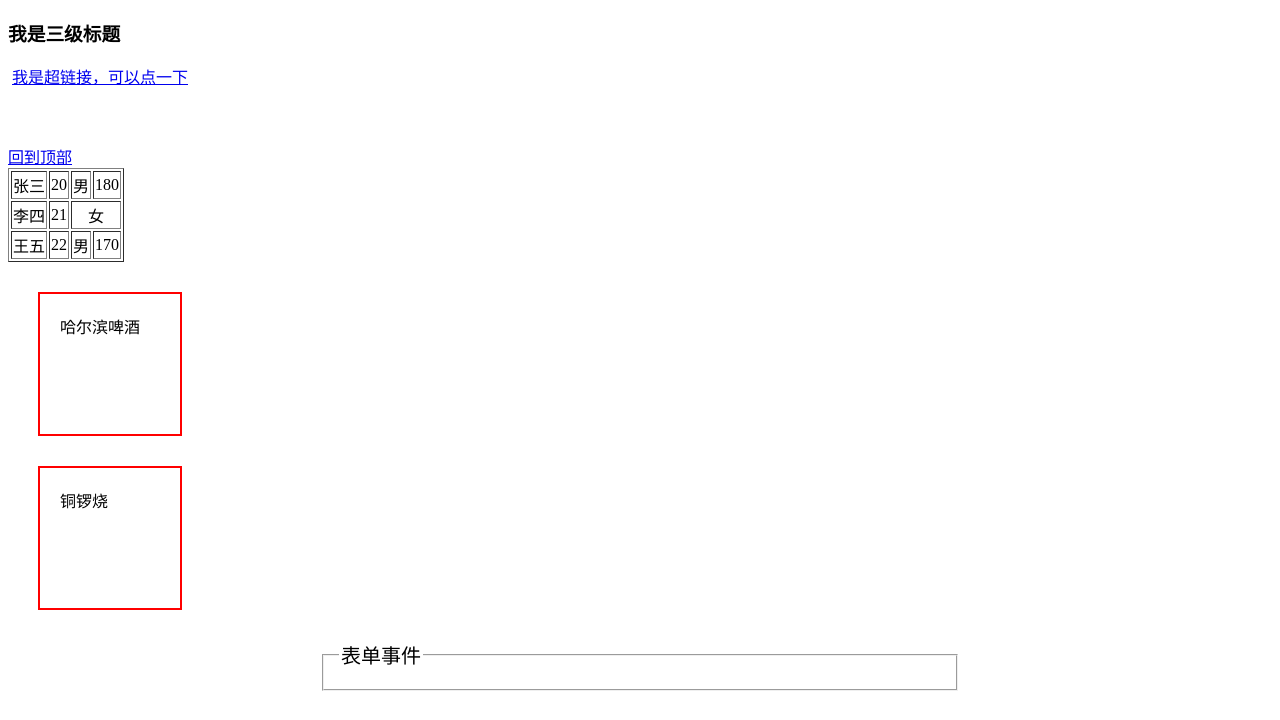
Repository: wyhzglgithub/mygitremote
Page: test.html
These files come from the project's save history. The page is drawn as it stood at one moment and after a run of saves; the edit follows.
The browser window is 1280 px wide. The pictures show the whole page.

Above is the page before, as saved 2021-10-11 13:43:08.

After the next 2 saves:
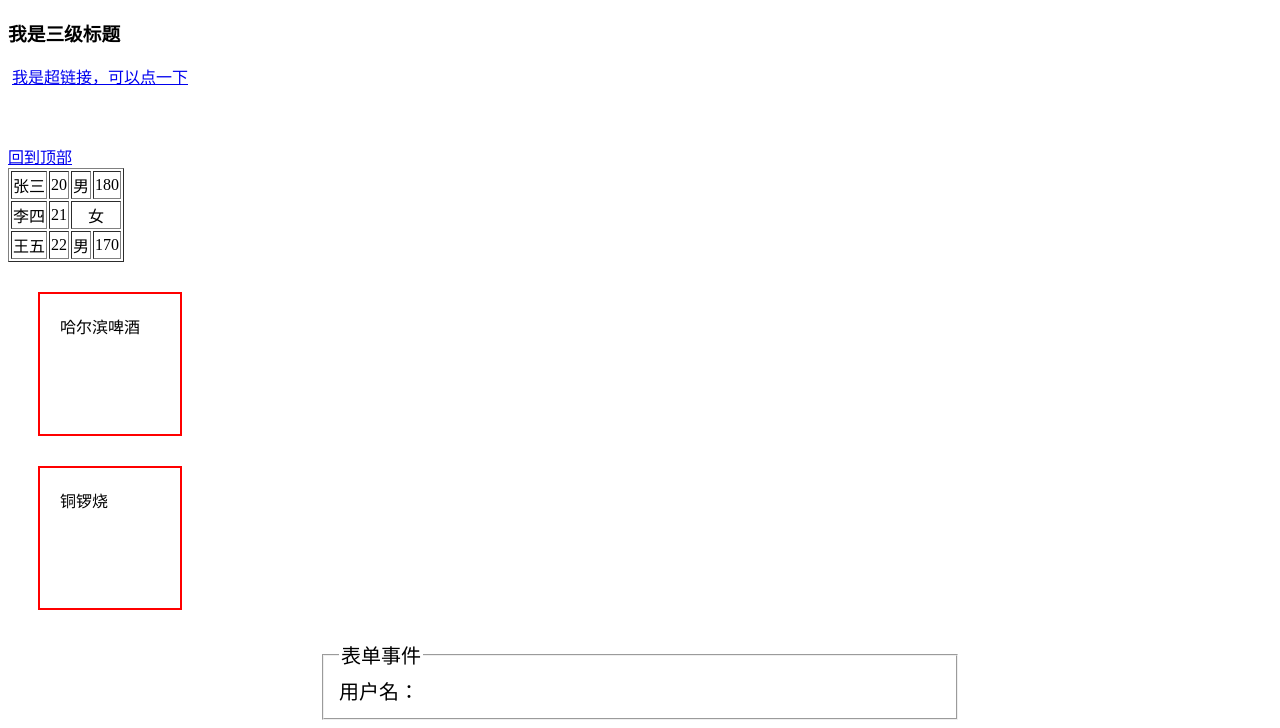
The 2 saves are shown as one change because they came seconds apart.
The last was saved 16 s later.
--- a/test.html
+++ b/test.html
@@ -69,7 +69,7 @@
         <fieldset>
             <legend>表单事件</legend>
             <label for="">
-
+                用户名：
             </label>
         </fieldset>
     </form>
